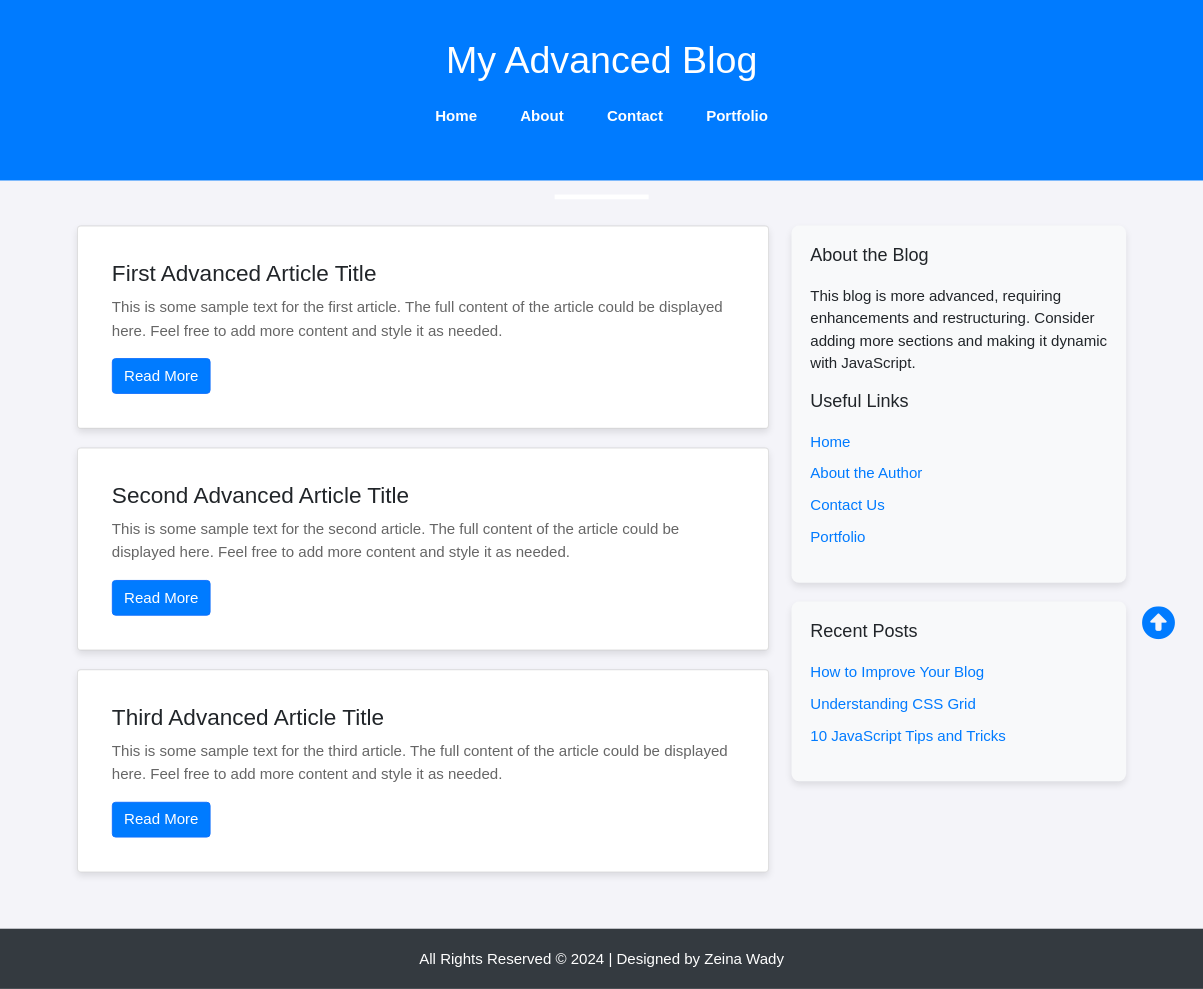
Repository: zeinawady/Blog-Code-Refactoring
Page: index.html
The author's editor kept a copy of each file at every save. The page is drawn from the files as they stood at one save, then again after a run of saves.
The browser window is 1280 px wide. The pictures show the whole page, at 94% of full size.
Some web libraries are served in a nearby version.

Above is the page before, as saved 2024-09-23 15:33:28.

### index.html
<!DOCTYPE html>
<html lang="en">
  <head>
    <meta charset="UTF-8" />
    <meta name="viewport" content="width=device-width, initial-scale=1.0" />
    <title>My Advanced Blog</title>

    <link
      href="https://cdn.jsdelivr.net/npm/bootstrap@5.1.3/dist/css/bootstrap.min.css"
      rel="stylesheet"
    />
    <link rel="stylesheet" href="https://cdnjs.cloudflare.com/ajax/libs/font-awesome/6.6.0/css/all.min.css" integrity="sha512-Kc323vGBEqzTmouAECnVceyQqyqdsSiqLQISBL29aUW4U/M7pSPA/gEUZQqv1cwx4OnYxTxve5UMg5GT6L4JJg==" crossorigin="anonymous" referrerpolicy="no-referrer" />
    <link rel="stylesheet" href="style.css">
  </head>
  <body>

    <header>
      <h1 class="text-center text-white">My Advanced Blog</h1>
      <nav class="navbar navbar-expand-lg bg-body-tertiary">
        <div class="container">
          <button class="navbar-toggler ms-auto" type="button" data-bs-toggle="collapse" data-bs-target="#navbarNavAltMarkup" aria-controls="navbarNavAltMarkup" aria-expanded="false" aria-label="Toggle navigation">
            <span class="navbar-toggler-icon text-white"><i class="fas fa-bars"></i></span>
          </button>
          <div class="collapse navbar-collapse justify-content-center" id="navbarNavAltMarkup">
            <div class="navbar-nav">
              <a class="nav-link active text-white" aria-current="page" href="#">Home</a>
              <a class="nav-link text-white" href="#">About</a>
              <a class="nav-link text-white" href="#">Contact</a>
              <a class="nav-link text-white" href="#">Portfolio</a>
            </div>
          </div>
        </div>
      </nav>

    </header>
    <a href="#" class="scroll-to-top" id="scrollToTopBtn"><i class="fa-solid fa-circle-up fa-bounce" style="color: #007bff;"></i></a>

    <div class="container mt-5">
      <div class="row">
        <div class="col-lg-8">

          <article class="card">
            <div class="card-body">
            <h2 class="card-title">First Advanced Article Title</h2>
            <p class="card-text">
              This is some sample text for the first article. The full content
              of the article could be displayed here. Feel free to add more
              content and style it as needed.
            </p>
            <button class="btn btn-primary">Read More</button>
         </div>
        </article>

        <article class="card">
          <div class="card-body">
          <h2 class="card-title">Second Advanced Article Title</h2>
          <p class="card-text">
            This is some sample text for the second article. The full content
            of the article could be displayed here. Feel free to add more
            content and style it as needed.
          </p>
          <button class="btn btn-primary">Read More</button>
       </div>
      </article>

      <article class="card">
        <div class="card-body">
        <h2 class="card-title">Third Advanced Article Title</h2>
        <p class="card-text">
          This is some sample text for the third article. The full content
          of the article could be displayed here. Feel free to add more
          content and style it as needed.
        </p>
        <button class="btn btn-primary">Read More</button>
     </div>
    </article>
        </div>

        <div class="col-md-4">
          <aside>
            <h3>About the Blog</h3>
            <p>
              This blog is more advanced, requiring enhancements and
              restructuring. Consider adding more sections and making it dynamic
              with JavaScript.
            </p>
            <h3>Useful Links</h3>
            <ul>
              <li><a href="#">Home</a></li>
              <li><a href="#">About the Author</a></li>
              <li><a href="#">Contact Us</a></li>
              <li><a href="#">Portfolio</a></li>
            </ul>
          </aside>
          <aside>
            <h3>Recent Posts</h3>
            <ul>
              <li><a href="#">How to Improve Your Blog</a></li>
              <li><a href="#">Understanding CSS Grid</a></li>
              <li><a href="#">10 JavaScript Tips and Tricks</a></li>
            </ul>
          </aside>
        </div>
      </div>
    </div>

    <footer>
      <p class="text-white text-center m-0">All Rights Reserved © 2024 | Designed by Zeina Wady</p>
    </footer>

    <script src="https://cdn.jsdelivr.net/npm/bootstrap@5.1.3/dist/js/bootstrap.bundle.min.js"></script>
  </body>
</html>

### style.css
body {
    font-family: Arial, sans-serif;
    background-color: #f4f4f9;
  }

  :root{
    --main-color:#007bff;
  }
  a{
    text-decoration: none;
  }
  header {
    background-color: var(--main-color);
    padding: 40px 0;
    position: relative;
  }
  header::after {
    content: "";
    position: absolute;
    bottom: -20px;
    left: 50%;
    transform: translateX(-50%);
    width: 100px;
    height: 5px;
    background-color:white;
  }
 .scroll-to-top{
    position: fixed;
    bottom: 30px;
    right: 30px;
    font-size: 35px;
 }
  nav a {
    margin: 0 15px;
    font-weight: bold;
    transition: 0.3s;
  }
  nav a:hover {
    text-decoration: underline;
  }
  article{
    /* border: 1px solid #ddd; */
    margin-bottom: 20px;
    padding: 20px;
    box-shadow: 0 4px 8px rgba(0, 0, 0, 0.1);
    transition: transform 0.3s ease, box-shadow 0.3s ease;
  }
  article:hover {
    transform: translateY(-5px);
    box-shadow: 0 8px 16px rgba(0, 0, 0, 0.2);
  }
  article h2 {
    font-size: 1.5rem;
  }
  article p {
    color: #666;
    line-height: 1.6;
  }
  article .btn-primary {
    background-color:var(--main-color);

  }

  aside {
    background-color: #f8f9fa;
    padding: 20px;
    border-radius: 8px;
    box-shadow: 0 4px 8px rgba(0, 0, 0, 0.1);
    margin-bottom: 20px;
  }
  aside h3 {
    margin-bottom: 20px;
    font-size: 1.2rem;
  }
  aside ul {
    list-style-type: none;
    padding-left: 0;
  }
  aside ul li {
    margin-bottom: 10px;
  }
  aside ul li a {
    color: var(--main-color);
  }
  aside ul li a:hover {
    text-decoration: underline;
  }
  footer {
    background-color: #343a40;
    padding: 20px;
    margin-top: 40px;
  }

After the next 4 saves:
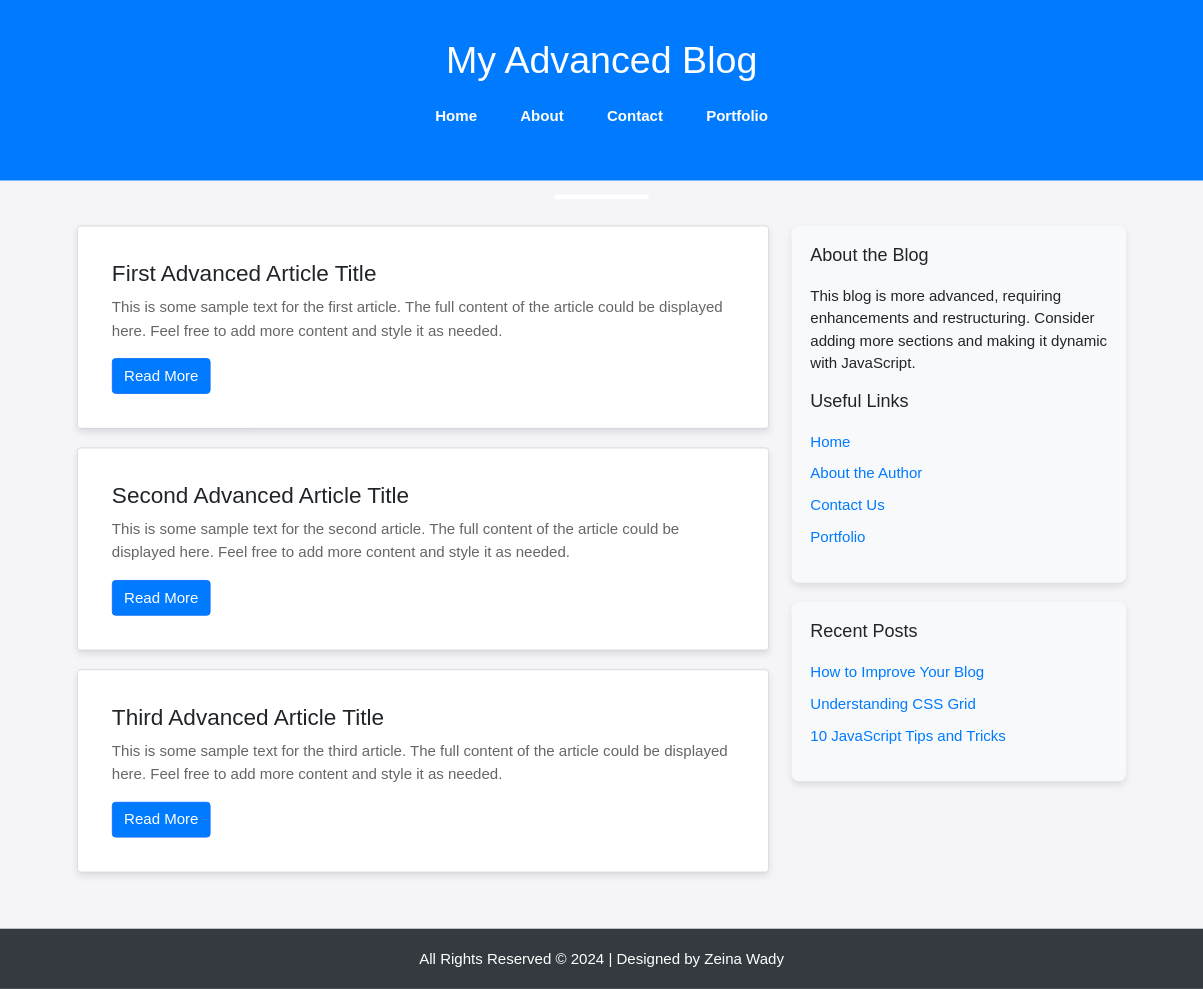
The 4 saves are shown as one change because they came seconds apart.
The last was saved 12 s later.
--- a/style.css
+++ b/style.css
@@ -29,6 +29,8 @@ body {
     bottom: 30px;
     right: 30px;
     font-size: 35px;
+    cursor: pointer;
+    display: none;
  }
   nav a {
     margin: 0 15px;
